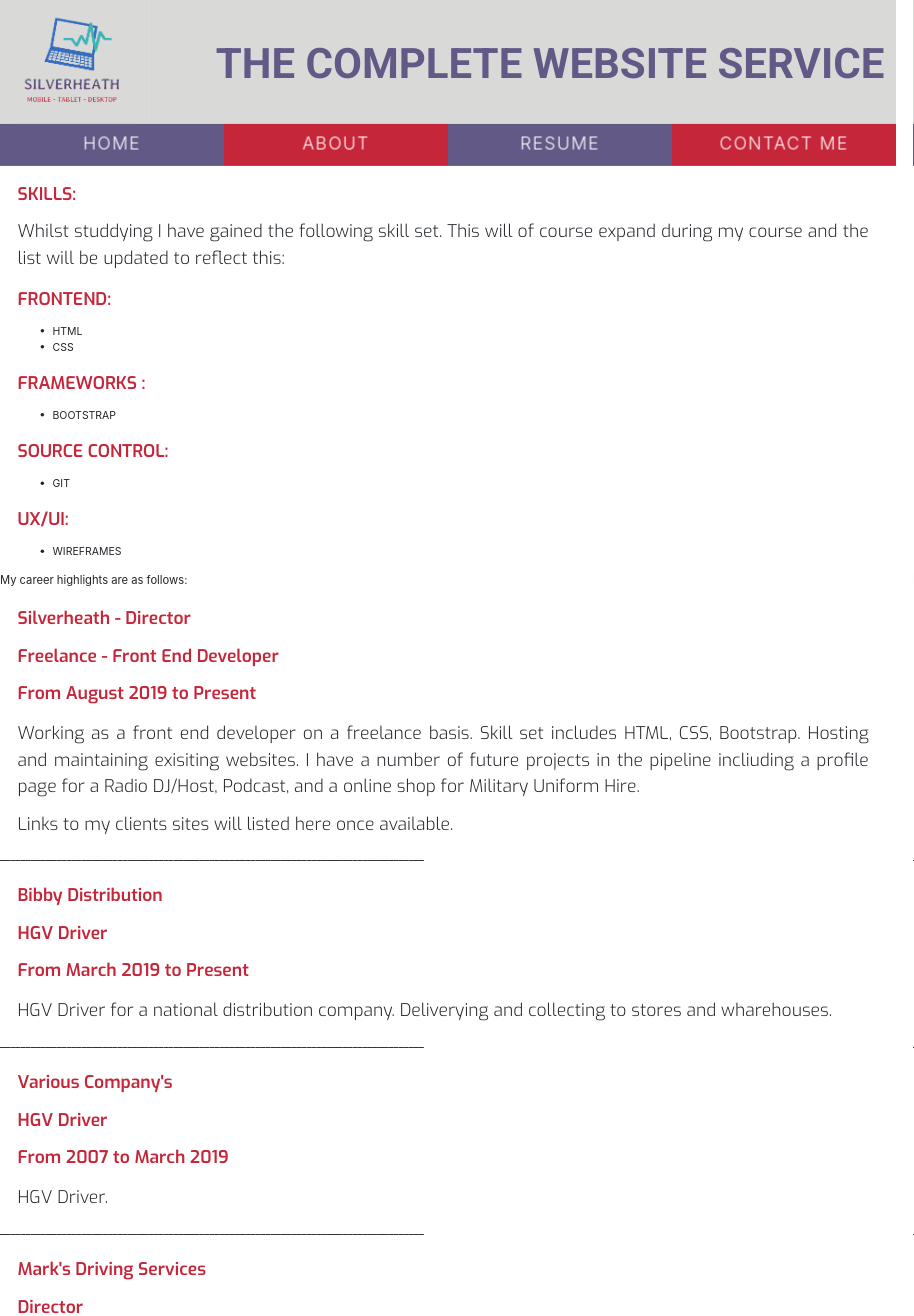
Repository: Code-Institute-Submissions/silverheath
Page: resume.html
The author's editor kept a record of every edit. The page is drawn from the files as they stood at one moment, then again after the next edit.
The browser window is 1280 px wide. The page is 1305 px wide, so the pictures cover 1305 px, including what lies to the right of the window. The pictures show the part of the page from y = 0 to 1880 px (the page is 2795 px tall before and 2785 px after), at 70% of full size.
Some web libraries are served in a nearby version.

Above is the page before.

After the next edit:
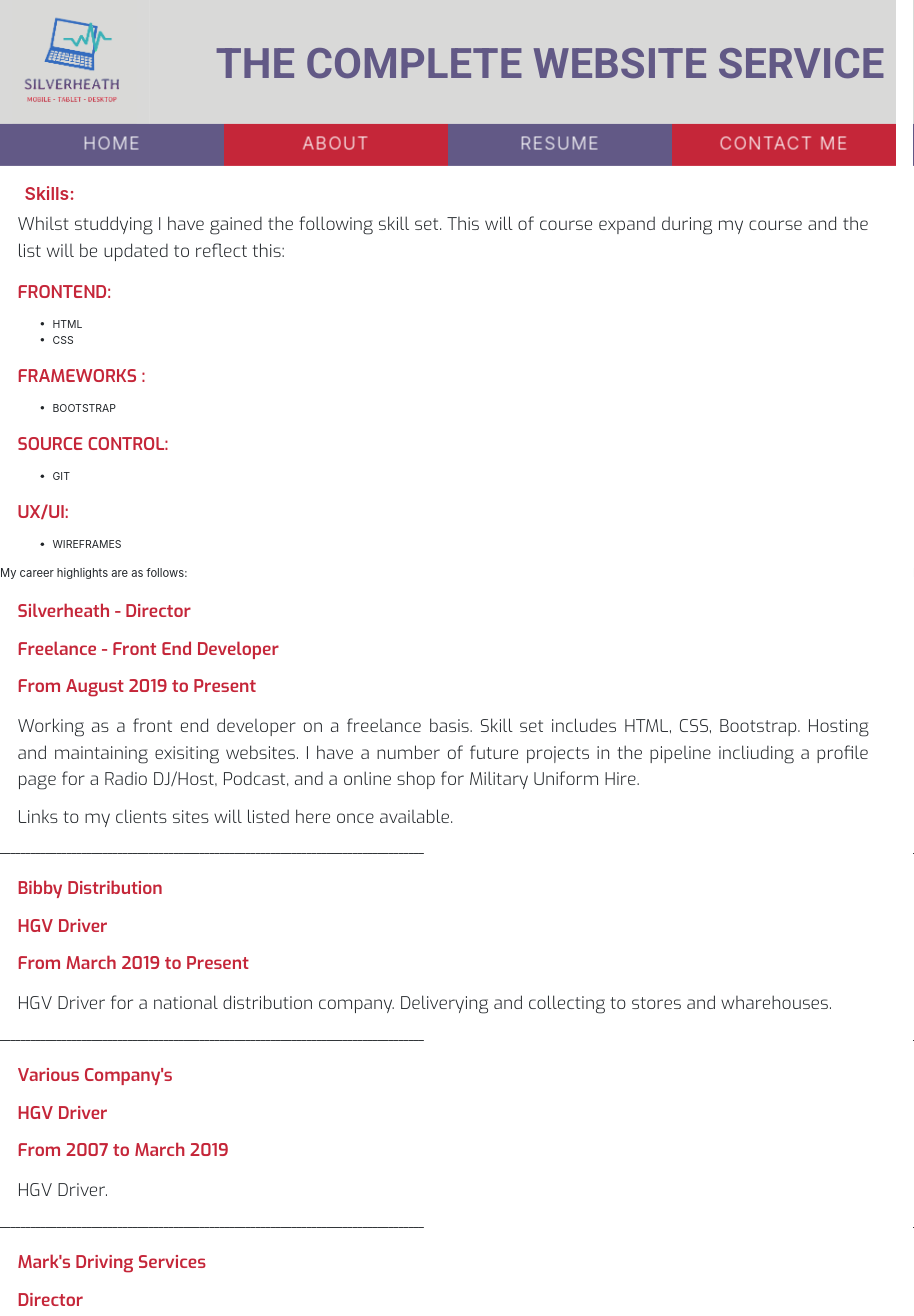
The edit:
--- a/resume.html
+++ b/resume.html
@@ -48,7 +48,7 @@
         </div>
     </header>
     <div>
-        <h4 class="section-heading uppercase about-header">Skills:</h4>
+        <h4 class="resume-one uppercases">Skills:</h4>
         <div class=intro>
             <p>Whilst studdying I have gained the following skill set. This will of course expand during my course and the list will be updated to reflect this:</p>
 
